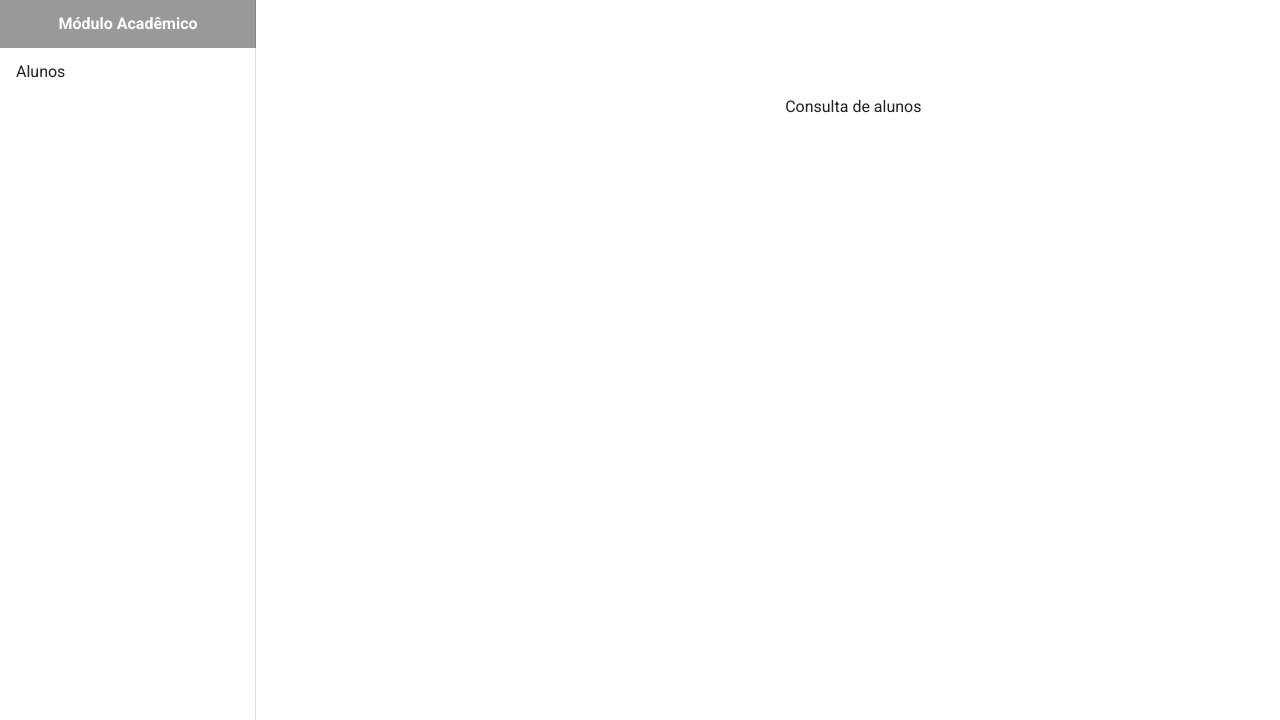
Repository: sergiohidekiono/vue-student
Page: /
The author's editor kept a copy of each file at every save. The page is drawn from the files as they stood at one save, then again after the next save.
The browser window is 1280 px wide. The pictures show the whole page.
The project was rebuilt for these pictures with package versions that can differ from the ones it lists, and the page was loaded fresh each time. Also part of the build but not shown: vue.config.js.

Above is the page before, as saved 2024-08-07 09:48:24.

### src/App.vue
<template>
  <v-app>
    <v-main class="wrapper">
      <StudentList class="wrapper" />
    </v-main>
  </v-app>
</template>

<script>
import StudentList from './components/student-list';

export default {
  name: 'App',

  components: {
    StudentList,
  },

  data: () => ({
    //
  }),
};
</script>

<style>
.wrapper {
  width: 100vw;
  height: 100vh;
  margin: 0;
}
</style>

### src/components/student-list.vue
<template>
    <v-container>
        <v-row>
            <div class="d-flex align-start">
                <v-img :src="require('../assets/logo.png')" class="my-3" />
            </div>
        </v-row>
        <v-row>
            <v-col cols="2">
                <v-navigation-drawer v-model="drawer" app clipped :permanent="false">
                    <v-list>
                        <v-list-item>
                            <v-list-item-content class="header-table" style="padding: 0 !important;">
                                <v-list-item-title style="padding: 0; margin: 0;">
                                    <h4 class="d-flex justify-center">Módulo Acadêmico</h4>
                                </v-list-item-title>
                            </v-list-item-content>
                        </v-list-item>
                        <v-list-item link>
                            <v-list-item-content style="padding: 0;">
                                <v-list-item-title class="ml-4">Alunos</v-list-item-title>
                            </v-list-item-content>
                        </v-list-item>
                    </v-list>
                </v-navigation-drawer>
            </v-col>
            <v-col cols="10">
                <v-row cols="12" justify="center">
                    <span>Consulta de alunos</span>
                </v-row>
            </v-col>
        </v-row>
    </v-container>
</template>

<script>

export default {

};

</script>

<style scoped>
.v-list-item.theme--light .header-table {
    color: white;
    padding: 0 !important;
}

.v-list-item.theme--light {
    padding: 0 !important;
    background: #999999;
}

.v-list.v-sheet.theme--light {
    padding: 0 !important;
}

.v-list-item.v-list-item--link.theme--light {
    background: white;
}
</style>

Loaded but not shown: public/index.html (common file); src/main.js (common file); src/plugins/vuetify.js (common file)

After the next save:
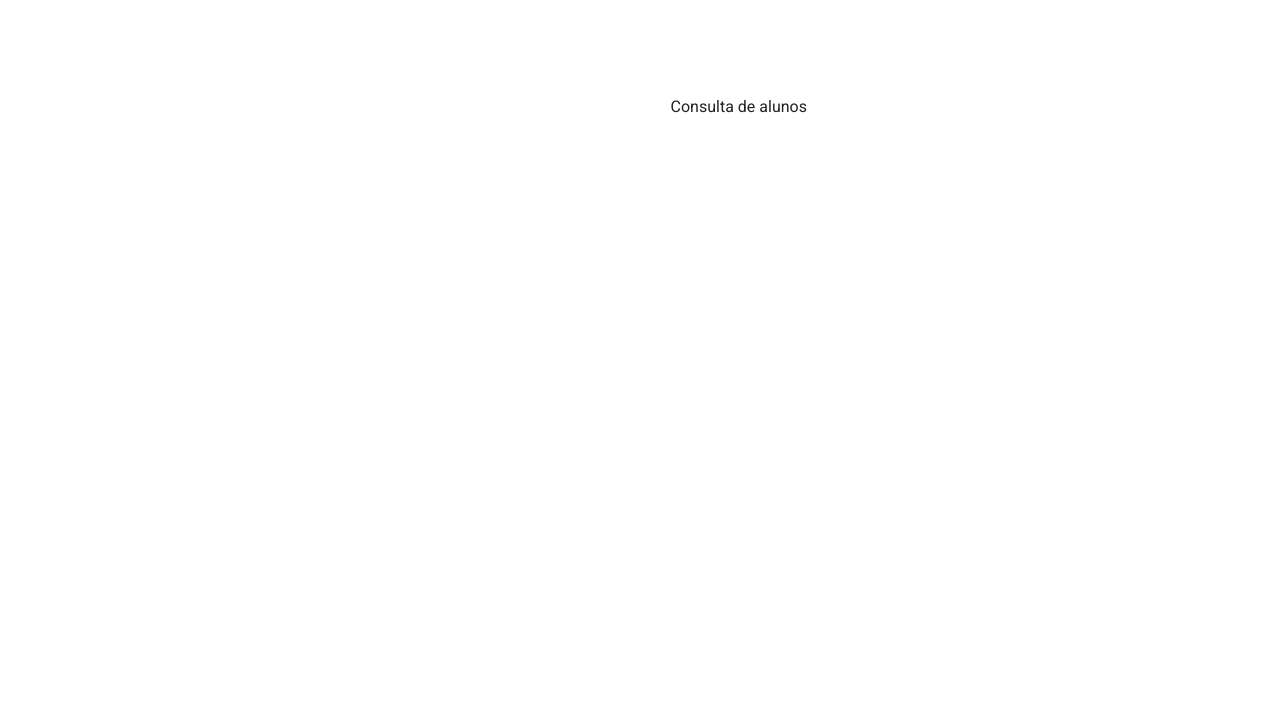
Saved 91 s later.
--- a/src/components/student-list.vue
+++ b/src/components/student-list.vue
@@ -36,7 +36,10 @@
 <script>
 
 export default {
-
+    name: 'StudentList',
+    data: () => ({
+        drawer: false,
+    }),
 };
 
 </script>

After the save that followed:
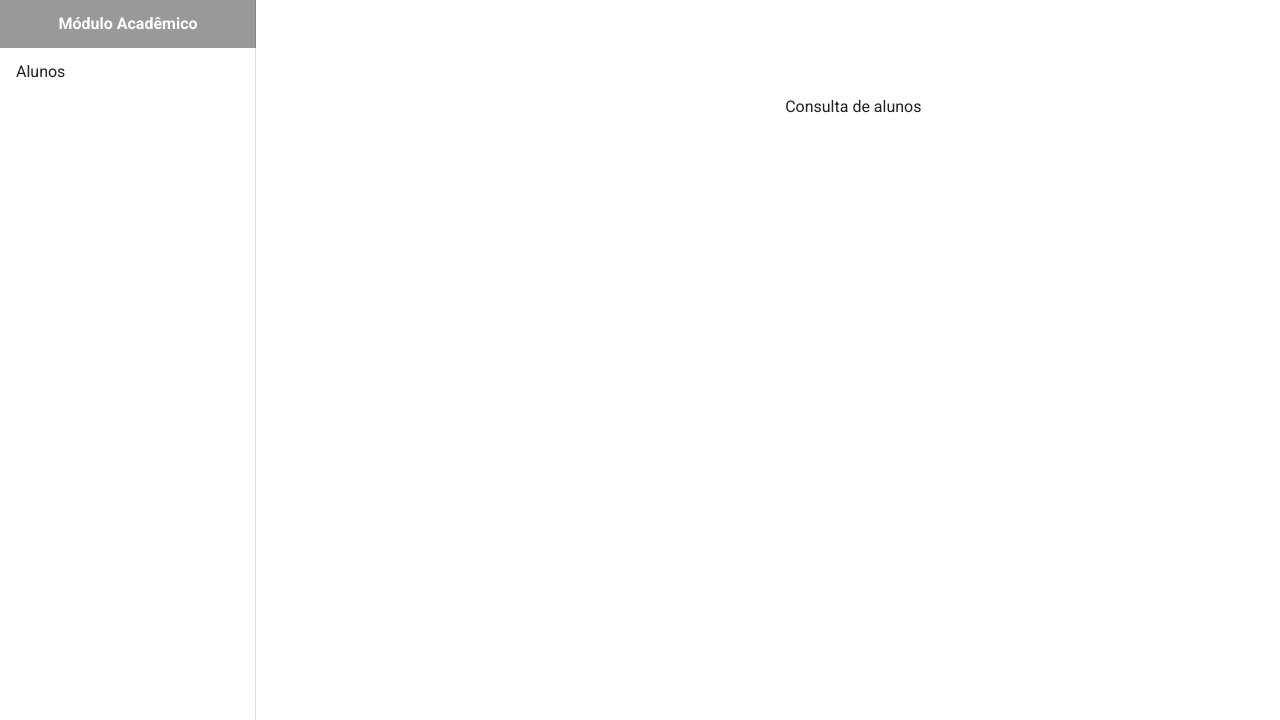
Saved 4 s later.
--- a/src/components/student-list.vue
+++ b/src/components/student-list.vue
@@ -38,7 +38,7 @@
 export default {
     name: 'StudentList',
     data: () => ({
-        drawer: false,
+        drawer: true,
     }),
 };
 
